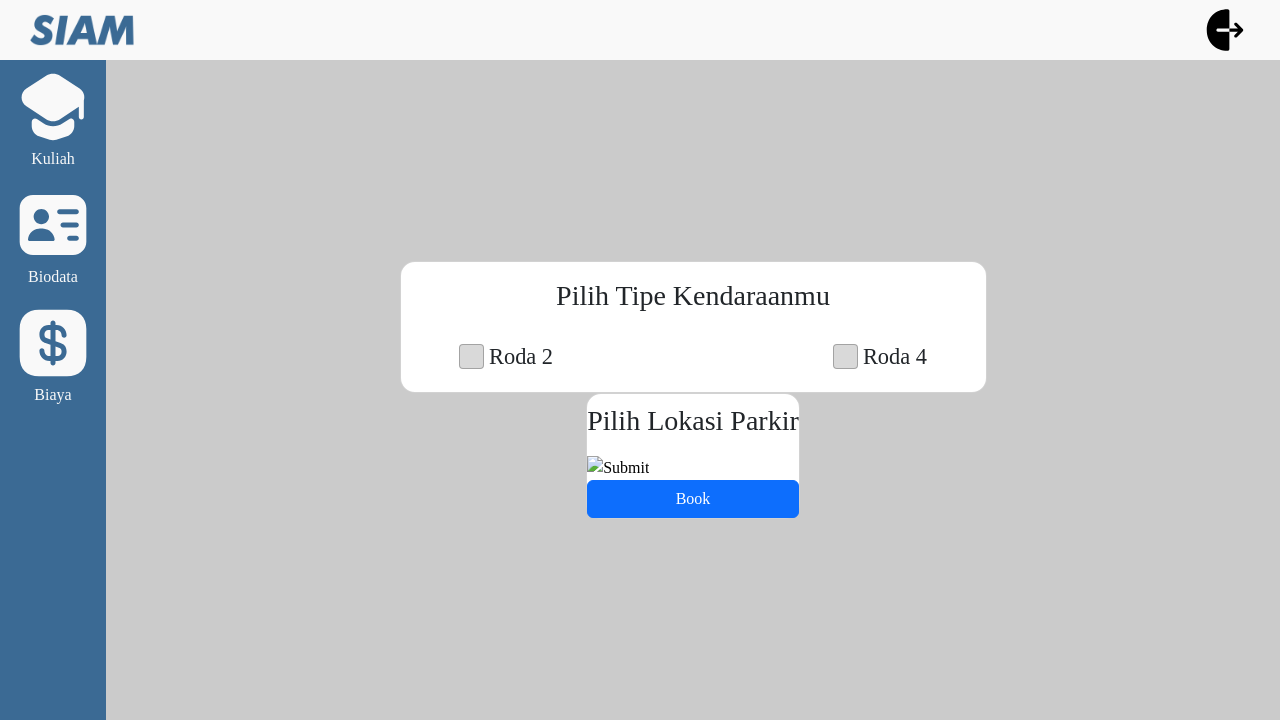
Repository: haikalirf/Project-IMK
Page: parkir.html
The author's editor kept a copy of each file at every save. The page is drawn from the files as they stood at one save, then again after the next save.
The browser window is 1280 px wide. The pictures show the whole page.
Some web fonts or font styles are not loaded; a fallback is used.

Above is the page before, as saved 2022-12-12 23:04:37.

After the next save:
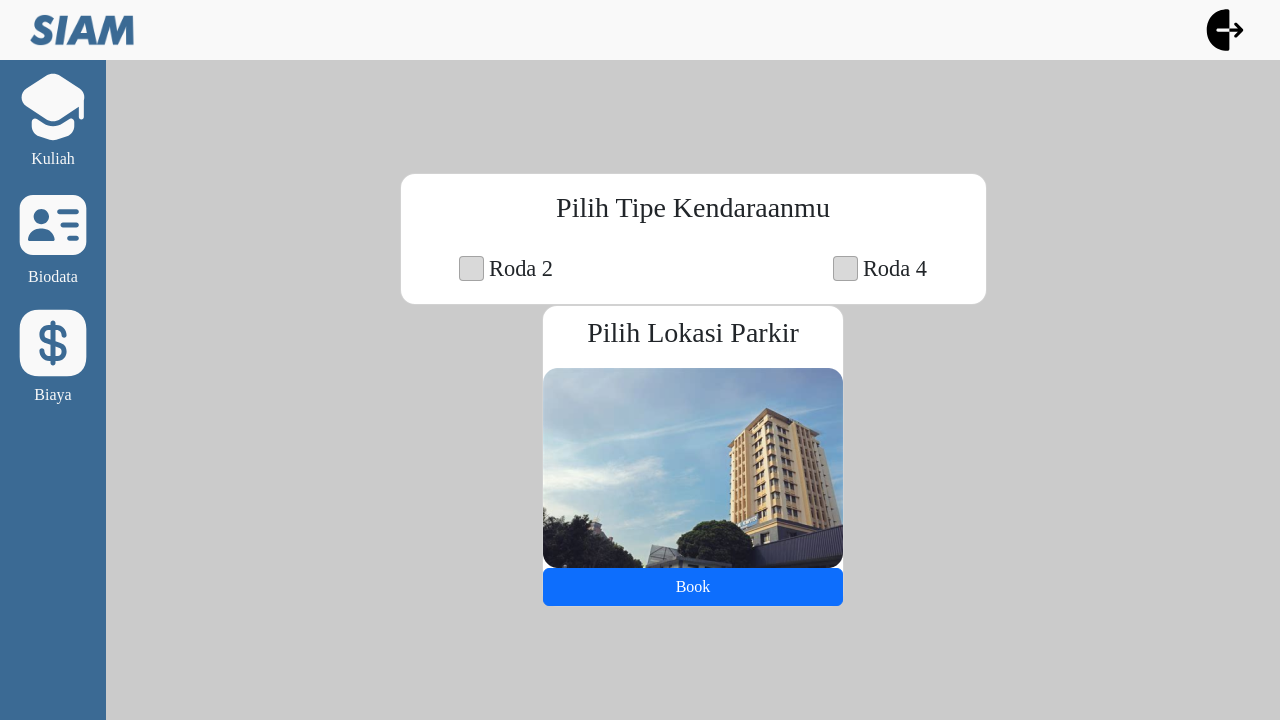
Saved 11 s later.
--- a/parkir.html
+++ b/parkir.html
@@ -53,7 +53,7 @@
 		<div class="card">
 			<h3 class="card-judul">Pilih Lokasi Parkir</h3>
 			<div class="d-flex align-content-around">
-				<input type="image" >
+				<input type="image" src="/assets/filkom.png">
 			</div>
 			<button type="button" class="btn btn-primary">Book</button>
 		</div>
